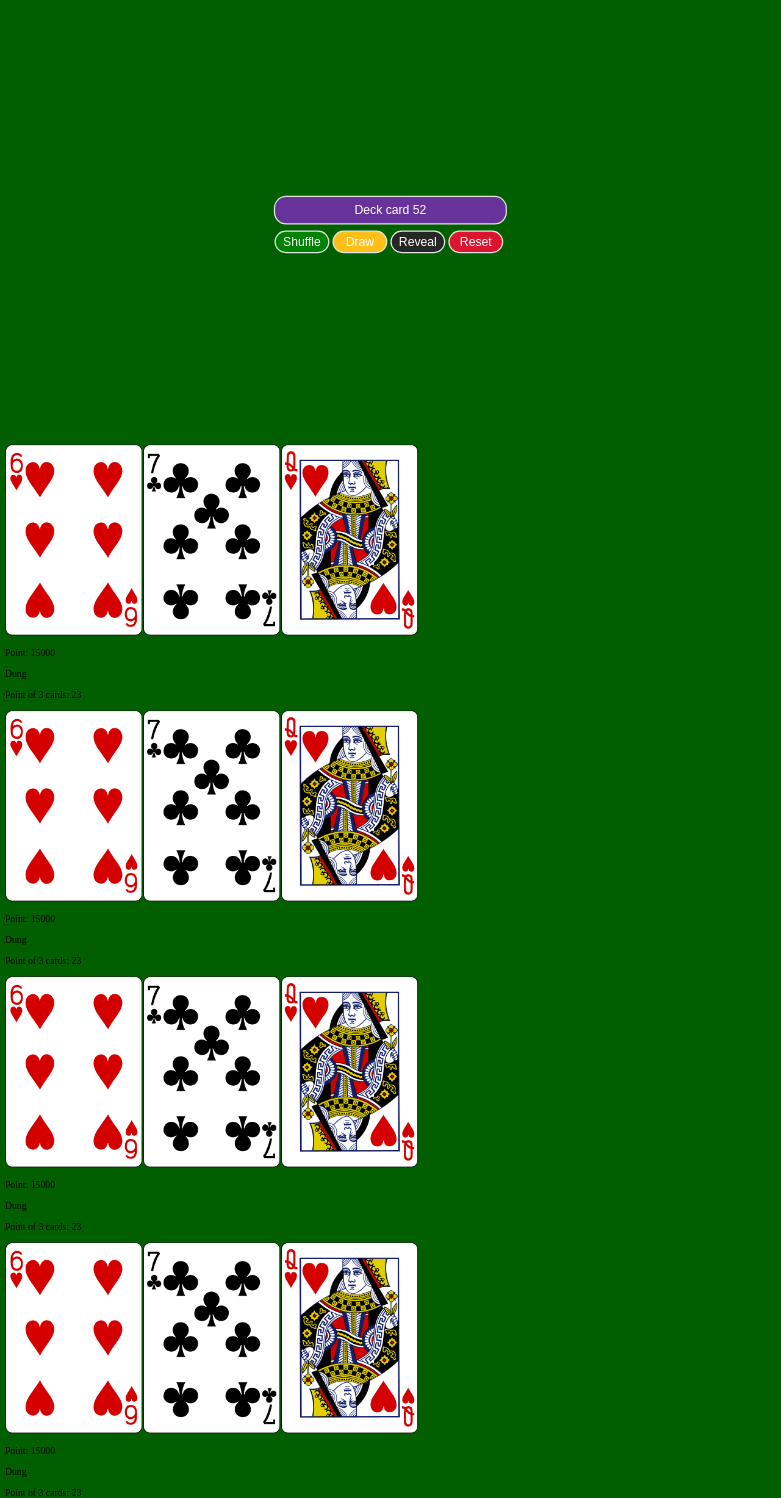
Repository: tiendungjr123/app-baicao
Page: /
An editor plug-in stored every save of this project. The page is shown before and after a run of saves, followed by the edit.
The browser window is 1280 px wide. The pictures show the whole page, at 61% of full size.
The page's requests for data from a server got no answer. The project was rebuilt for these pictures with package versions that can differ from the ones it lists, and the page was loaded fresh each time. No one was signed in, and anything a server would have sent is missing. Also part of the build but not shown: src/index.css, src/Components/table.jsx.

Above is the page before, as saved 2022-10-11 10:22:50.

### src/index.js
import React from 'react';
import ReactDOM from 'react-dom/client';
import './index.css';
import App from './App';

const root = ReactDOM.createRoot(document.getElementById('root'));
root.render(
   <App />
);

### src/App.js
import './App.css';
import CardList from './Components/cardList';
import Table from './Components/table';
import React, { useEffect, useState } from 'react';
import { getDrawCard, getShuffleCard } from './apis/index';


function App() {

   const [deck_id, setDect_id] = useState('');
   const [listCard, setListCard] = useState([]);
   const [loading, setLoading] = useState(false);
   const [remaining, setRemaining] = useState(52);
   const [checkCard, setCheckCard] = useState(false);

   useEffect(() => {
      getShuffleCard().then((res) => {
         setDect_id(res.data.deck_id);
      });
   }, []);

   const handleShuffle = () => {
      getShuffleCard().then((res) => {
         setDect_id(res.data.deck_id);
      });
      setRemaining(52)
   }
   const handleDraw = () => {
      setLoading(true);
      if (remaining < 16) {
         alert('Không đủ bài để chia')
         setLoading(false);
         getShuffleCard().then((res) => {
            setDect_id(res.data.deck_id);
         });
         setRemaining(52)
      }
   }

   useEffect(() => {
      if (deck_id && loading) {
         getDrawCard(deck_id).then((res) => {
            setListCard(res.data.cards);
            setRemaining(res.data.remaining);
            setLoading(false);
            setCheckCard(false);
         })
      }
   }, [deck_id, loading]);

   const handleReveal = () => {
      console.log(listCard);
   }

   return (
      <div className="app">
         <div className='table'>
            <button className='btn-deck-card'>Deck card {remaining}</button>
            <div className='btn-action'>
               <button onClick={handleShuffle} className='btn btn-shuffle'>Shuffle</button>
               <button onClick={handleDraw} className='btn btn-draw'>Draw</button>
               <button onClick={handleReveal} className='btn btn-reveal'>Reveal</button>
               <button className='btn btn-reset'>Reset</button>
            </div>
         </div>
         <CardList listCard={listCard}/>
      </div>

   );
}

export default App;

### src/App.css
@import "./Scss/style.css";

### src/Components/cardList.jsx
import React, { useState } from 'react';
import Card from './card';
const CardList = ({listCard}) => {
   return (
      <>
         <div className="card-top">
            <Card listCard={listCard} />
         </div>
         <div className="card-left">
            <Card listCard={listCard} />
         </div>
         <div className="card-right">
            <Card listCard={listCard} />
         </div>
         <div className="card-bottom">
            <Card listCard={listCard} />
         </div>
      </>
   );
}

export default CardList;

### src/apis/index.js
import axios from 'axios';

export const getShuffleCard = () =>
   axios.get('https://deckofcardsapi.com/api/deck/new/shuffle/?deck_count=1');

export const getDrawCard = (deck_id) =>
   axios.get(`https://deckofcardsapi.com/api/deck/${deck_id}/draw/?count=12`);

### src/Scss/style.css
.table {
  height: 100vh;
  display: flex;
  justify-content: center;
  align-items: center;
  flex-direction: column;
}
.table .btn-deck-card {
  border: 2px solid #DFE8DE;
  border-radius: 20px;
  color: #fff;
  font-size: 20px;
  font-weight: 400;
  background-color: #673299;
  padding: 10px 130px;
  margin-bottom: 10px;
}
.table .btn-action .btn {
  border: 2px solid #DFE8DE;
  border-radius: 20px;
  color: #fff;
  font-size: 20px;
  font-weight: 400;
  margin-right: 5px;
  padding: 5px 10px;
  width: 90px;
  cursor: pointer;
}
.table .btn-action .btn-shuffle {
  background-color: #008101;
}
.table .btn-action .btn-draw {
  background-color: #FFBF18;
}
.table .btn-action .btn-reveal {
  background-color: #262627;
}
.table .btn-action .btn-reset {
  background-color: #dd142f;
}

body {
  background-color: #015F00;
  height: 100vh;
}/*# sourceMappingURL=style.css.map */

### src/Components/card.jsx
import React, { useState } from 'react';
import img_6H from '../assets/images/6H.png';
import img_7C from '../assets/images/7C.png';
import img_QH from '../assets/images/QH.png';
const Card = ({listCard}) => {
   const filterCard = listCard.slice(0,3);
   console.log(filterCard)
   return (
      <div className='card'>
         <div className='card-img'>
            <img  src={img_6H} alt="6h" />
            <img  className='img-center' src={img_7C} alt="7c" />
            <img  src={img_QH} alt="qh" />
         </div>
         <p className='point'>Point: 15000</p>
         <p className='user'>Dung</p>
         <p className='point'>Point of 3 cards: 23</p>
      </div>
   );
}

export default Card;

Loaded but not shown: public/index.html (common file)

After the next 2 saves:
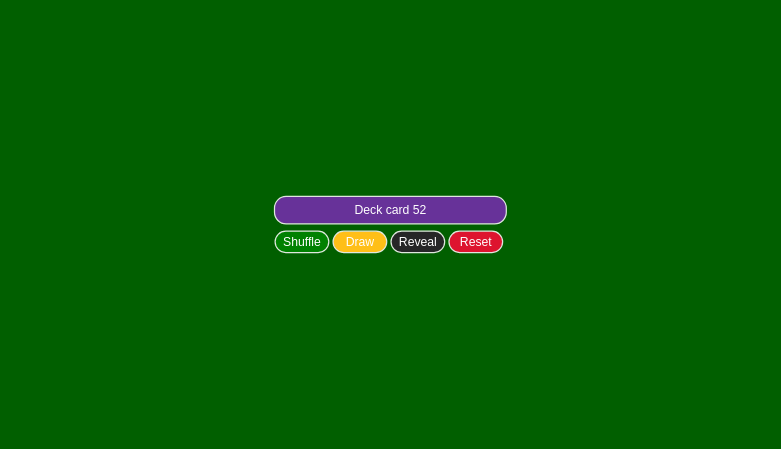
The 2 saves are shown as one change because 1 did not build or start.
The last was saved 3 min 39 s later.
--- a/src/Components/card.jsx
+++ b/src/Components/card.jsx
@@ -4,19 +4,20 @@
 import img_QH from '../assets/images/QH.png';
 const Card = ({listCard}) => {
    const filterCard = listCard.slice(0,3);
-   console.log(filterCard)
-   return (
-      <div className='card'>
-         <div className='card-img'>
-            <img  src={img_6H} alt="6h" />
-            <img  className='img-center' src={img_7C} alt="7c" />
-            <img  src={img_QH} alt="qh" />
+   {filterCard.map((card) =>{
+      return (
+         <div className='card'>
+            <div className='card-img'>
+               <img  src={card.image} alt="6h" />
+               <img  className='img-center' src={img_7C} alt="7c" />
+               <img  src={img_QH} alt="qh" />
+            </div>
+            <p className='point'>Point: 15000</p>
+            <p className='user'>Dung</p>
+            <p className='point'>Point of 3 cards: 23</p>
          </div>
-         <p className='point'>Point: 15000</p>
-         <p className='user'>Dung</p>
-         <p className='point'>Point of 3 cards: 23</p>
-      </div>
-   );
+      );
+   })}
 }
 
 export default Card;

After the 2 saves that followed:
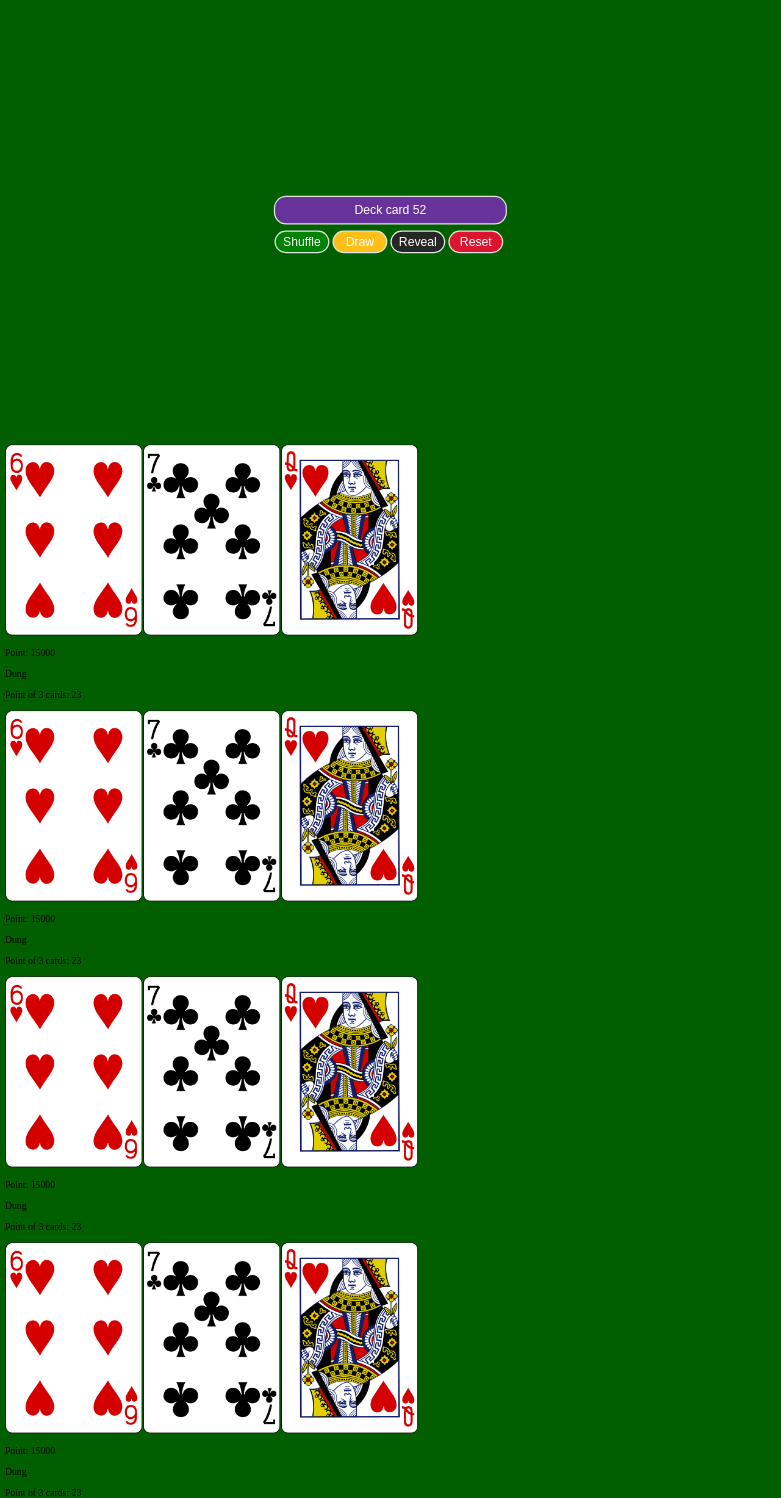
The 2 saves are shown as one change because 1 did not build or start.
The last was saved 57 s later.
--- a/src/Components/card.jsx
+++ b/src/Components/card.jsx
@@ -5,19 +5,19 @@
 const Card = ({listCard}) => {
    const filterCard = listCard.slice(0,3);
    {filterCard.map((card) =>{
-      return (
-         <div className='card'>
-            <div className='card-img'>
-               <img  src={card.image} alt="6h" />
-               <img  className='img-center' src={img_7C} alt="7c" />
-               <img  src={img_QH} alt="qh" />
-            </div>
-            <p className='point'>Point: 15000</p>
-            <p className='user'>Dung</p>
-            <p className='point'>Point of 3 cards: 23</p>
+   })}
+   return (
+      <div className='card'>
+         <div className='card-img'>
+            <img  src={img_6H} alt="6h" />
+            <img  className='img-center' src={img_7C} alt="7c" />
+            <img  src={img_QH} alt="qh" />
          </div>
-      );
-   })}
+         <p className='point'>Point: 15000</p>
+         <p className='user'>Dung</p>
+         <p className='point'>Point of 3 cards: 23</p>
+      </div>
+   );
 }
 
 export default Card;
